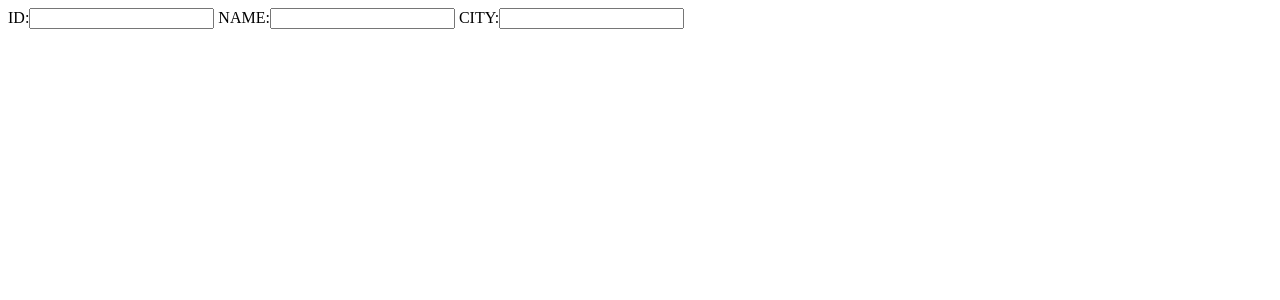
Repository: akhhiil/ICT_JAVA
Page: Demo6/src/main/webapp/index.html
An editor plug-in stored every save of this project. The page is shown before and after the next save, followed by the edit.
The browser window is 1280 px wide. The pictures show the whole page.

Above is the page before, as saved 2024-10-07 08:56:04.

After the next save:
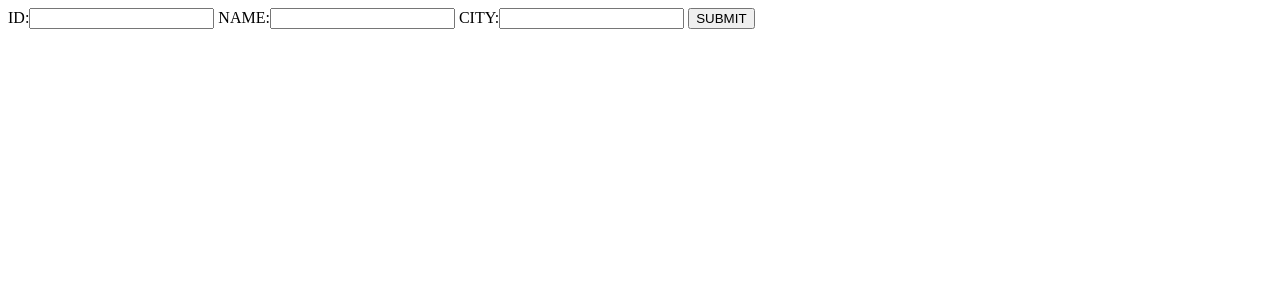
Saved 21 s later.
--- a/Demo6/src/main/webapp/index.html
+++ b/Demo6/src/main/webapp/index.html
@@ -5,10 +5,11 @@
 <title>Insert title here</title>
 </head>
 <body>
-<form action="std.jsp">
+<form action="Std.jsp">
 	ID:<input type="text" name="id">
 	NAME:<input type="text" name="name">
 	CITY:<input type="text" name="city">
+	<button>SUBMIT</button>
 </form>
 </body>
 </html>
